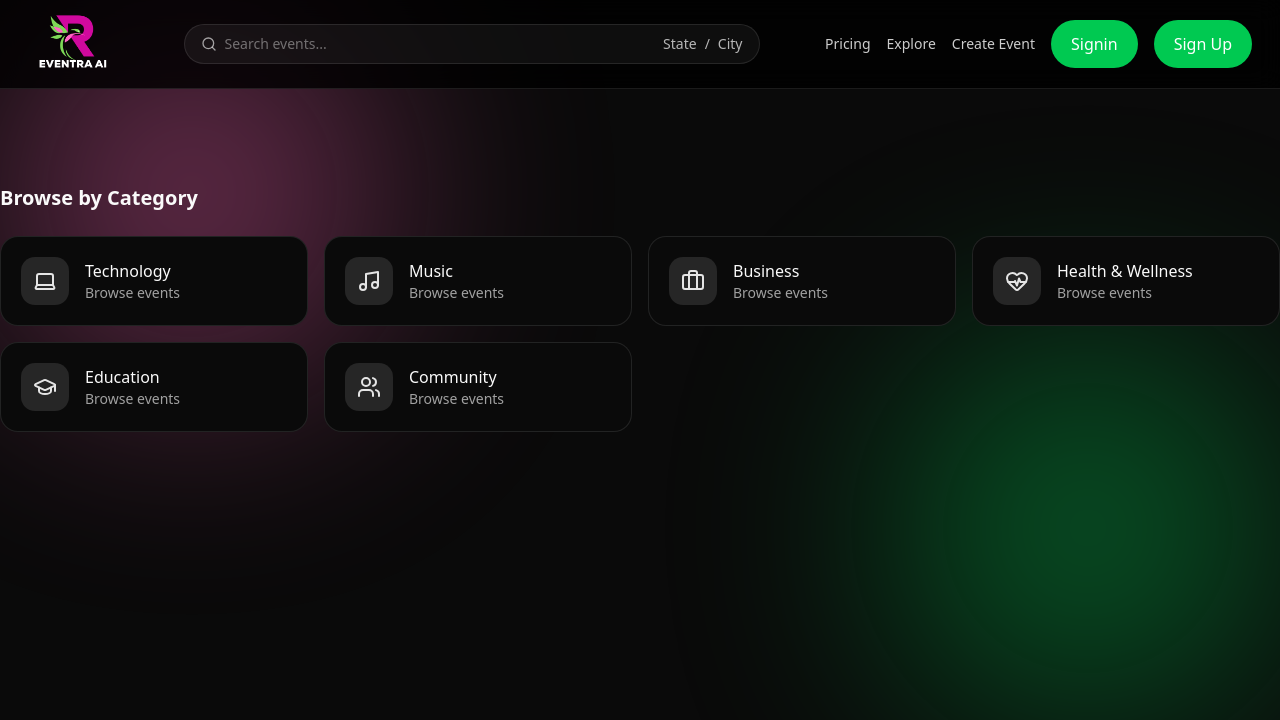
Repository: walaa-horani/AIEventNext.jsLinkedIn
Page: /explore
These files come from the project's save history. The page is drawn as it stood at one moment and after the next save; the edit follows.
The browser window is 1280 px wide. The pictures show the whole page.
The page's requests for data from a server got no answer. The project was rebuilt for these pictures with package versions that can differ from the ones it lists, and the page was loaded fresh each time. Some packages were replaced by stand-ins written for this rebuild. The framework's server and built-in components were replaced by stand-ins that run in the browser. No one was signed in, and anything a server would have sent is missing. Also part of the build but not shown: next.config.ts, components/ui/card.tsx, app/components/EventCard.tsx, app/components/FeaturedEvents.tsx, lib/location.ts, app/components/NearbyEvents.tsx, app/components/PopularEvents.tsx, app/components/FeaturedCarouesel.tsx. Imported but missing from the stored project, and not drawn on this page: components/ui/carousel.

Above is the page before, as saved 2025-12-16 21:59:36.

### app/layout.tsx
import type { Metadata } from "next";
import { Geist, Geist_Mono } from "next/font/google";
import "./globals.css";
import { ThemeProvider } from "./components/theme-provider";
import Header from "./components/Header";
import { ConvexClientProvider } from "./ConvexClientProvider";
import { ClerkProvider } from "@clerk/nextjs";
import { dark, neobrutalism } from "@clerk/themes";

const geistSans = Geist({
  variable: "--font-geist-sans",
  subsets: ["latin"],
});

const geistMono = Geist_Mono({
  variable: "--font-geist-mono",
  subsets: ["latin"],
});

export const metadata: Metadata = {
  title: "Create Next App",
  description: "Generated by create next app",
};

export default function RootLayout({
  children,
}: Readonly<{
  children: React.ReactNode;
}>) {
  return (
    <html lang="en">
      <body
        className={`${geistSans.variable} ${geistMono.variable} `}
      >

<ThemeProvider
  attribute="class"
  defaultTheme="dark"  // Change from "system" to "dark"
  enableSystem={false}  // Disable system preference
  disableTransitionOnChange
>
<ClerkProvider
 appearance={{
  theme: dark,

}}>
          <ConvexClientProvider>

          <Header/>

       <main className="relative min-h-screen container mx-auto pt-40">

        {children}
          <div className="fixed inset-0 -z-10 overflow-hidden pointer-events-none">
            {/* Blue glow */}
            <div className="absolute top-0 left-0 w-96 h-96 bg-pink-400 rounded-full blur-[120px] opacity-40"></div>
            {/* Green glow */}
            <div className="absolute bottom-0 right-0 w-96 h-96 bg-green-500 rounded-full blur-[120px] opacity-40"></div>
          </div>
        </main>

        </ConvexClientProvider>
        </ClerkProvider>
        </ThemeProvider>

      </body>
    </html>
  );
}

### app/explore/page.tsx
"use client"
import FeaturedEvents from '../components/FeaturedEvents'
import { NearbyEvents } from '../components/NearbyEvents'
import { PopularEvents } from '../components/PopularEvents'
import FeaturedCarouesel from '../components/FeaturedCarouesel'
import { useParams } from 'next/navigation'
import CategoriesEvent from '../components/CategoriesEvent'

function Explore() {
  return (
    <div>
      <FeaturedCarouesel/>

        <FeaturedEvents/>
        <NearbyEvents />
        <CategoriesEvent/>
        <PopularEvents/>
    </div>
  )
}

export default Explore

### app/components/Header.tsx
"use client";

import { Button } from "@/components/ui/button";
import { useStoreUserEffect } from "@/hooks/user-store";
import { SignedIn, SignedOut, SignInButton, SignUpButton, UserButton } from "@clerk/nextjs";
import { Calendar, DotIcon, Search, Ticket } from "lucide-react";
import Image from "next/image";
import Link from "next/link";
import { BarLoader } from "react-spinners";


export default function Header() {

    const {isLoading} = useStoreUserEffect()
      return (
    <header className="fixed top-0 inset-x-0 z-50 border-b p-3 border-white/10 bg-black/80 backdrop-blur-md">
      {isLoading && (
        <div className="absolute bottom-0 left-0 right-0 w-full">
          <BarLoader
            color="#22c55e"
            height={3}
            width={1000}
            loading={isLoading}
            cssOverride={{ width: '100%', display: 'block' }}
          />
        </div>
      )}
      <div className="mx-auto max-w-7xl px-4 h-16 flex items-center justify-between gap-4">

        {/* Logo */}
        <Link href="/" >
          <Image alt="image" width={90} height={90} src="/logo.png"/>

        </Link>

        {/* Search + Filters (desktop only) */}
        <div className="hidden md:flex flex-1 max-w-xl items-center gap-2 bg-white/5 border border-white/10 rounded-full px-4 h-10">
          <Search className="w-4 h-4 text-white/60" />

          <input
            placeholder="Search events..."
            className="bg-transparent flex-1 text-sm text-white placeholder:text-white/40 outline-none"
          />

          <div className="flex items-center gap-2 text-sm text-white/70">
            <button className="hover:text-white">State</button>
            <span>/</span>
            <button className="hover:text-white">City</button>
          </div>
        </div>

        {/* Right links */}
        <nav className="flex items-center gap-4 text-sm text-white/80">
          <Link href="/pricing" className="hidden sm:block hover:text-white">
            Pricing
          </Link>
          <Link href="/explore" className="hidden sm:block hover:text-white">
            Explore
          </Link>
          <Link href="/create-event" className="hidden sm:block hover:text-white">
            Create Event
          </Link>

          <SignedOut>
              <SignInButton  mode="modal">

              <Button className="bg-green-500 text-white rounded-full font-medium text-sm sm:text-base h-10 sm:h-12 px-4 sm:px-5 cursor-pointer">
                  Signin
                </Button>
              </SignInButton>
              <SignUpButton  mode="modal">
                <Button className="bg-green-500 text-white rounded-full font-medium text-sm sm:text-base h-10 sm:h-12 px-4 sm:px-5 cursor-pointer">
                  Sign Up
                </Button>
              </SignUpButton>
            </SignedOut>
            <SignedIn>
              <UserButton>
                <UserButton.MenuItems>
                  <UserButton.Link
                    label="My Events"
                    labelIcon={<Calendar />}
                    href="/my-events"
                  />
                </UserButton.MenuItems>

                <UserButton.MenuItems>
                  <UserButton.Link
                    label="My Tickets"
                    labelIcon={<Ticket />}
                    href="/my-tickets"
                  />
                </UserButton.MenuItems>
              </UserButton>
            </SignedIn>
        </nav>

      </div>
    </header>
  );
}

### app/ConvexClientProvider.tsx
"use client";

import { useAuth } from "@clerk/nextjs";
import { ConvexProvider, ConvexReactClient } from "convex/react";
import { ConvexProviderWithClerk } from "convex/react-clerk";
import { ReactNode } from "react";

const convex = new ConvexReactClient(process.env.NEXT_PUBLIC_CONVEX_URL!);

export function ConvexClientProvider({ children }: { children: ReactNode }) {
  return <ConvexProviderWithClerk   useAuth={useAuth}  client={convex}>{children}</ConvexProviderWithClerk>;
}

### app/components/CategoriesEvent.tsx
import { CATEGORIES } from '@/lib/data'
import { Icon } from 'lucide-react'
import Link from 'next/link'
import React from 'react'

function CategoriesEvent() {
  return (
    <section className='space-y-6'>

    <h2 className="text-xl font-semibold my-6">Browse by Category</h2>
    <div className='grid grid-cols-1 sm:grid-cols-2 lg:grid-cols-4 gap-4'>

        {CATEGORIES.map((category)=> {
             const Icon = category.icon
             return (
                <Link
                  key={category.id}
                  href={`/explore/${category.id}`}
                  className="group"
                >
                  <div className="flex items-center gap-4 rounded-2xl border bg-background p-5 hover:shadow-lg transition-all duration-300">

                    {/* Icon */}
                    <div className="flex h-12 w-12 items-center justify-center rounded-xl bg-muted group-hover:bg-primary/10 transition">
                      <Icon className="h-6 w-6 text-primary" />
                    </div>

                    {/* Text */}
                    <div className="flex-1">
                      <p className="font-medium">{category.label}</p>
                      <p className="text-sm text-muted-foreground">
                        Browse events
                      </p>
                    </div>
                  </div>
                </Link>
              )
            })}
    </div>
    </section>
  )
}

export default CategoriesEvent

### components/ui/button.tsx
import * as React from "react"
import { Slot } from "@radix-ui/react-slot"
import { cva, type VariantProps } from "class-variance-authority"

import { cn } from "@/lib/utils"

const buttonVariants = cva(
  "inline-flex items-center justify-center gap-2 whitespace-nowrap rounded-md text-sm font-medium transition-all disabled:pointer-events-none disabled:opacity-50 [&_svg]:pointer-events-none [&_svg:not([class*='size-'])]:size-4 shrink-0 [&_svg]:shrink-0 outline-none focus-visible:border-ring focus-visible:ring-ring/50 focus-visible:ring-[3px] aria-invalid:ring-destructive/20 dark:aria-invalid:ring-destructive/40 aria-invalid:border-destructive",
  {
    variants: {
      variant: {
        default: "bg-green-500 text-primary-foreground hover:bg-primary/90",
        destructive:
          "bg-destructive text-white hover:bg-destructive/90 focus-visible:ring-destructive/20 dark:focus-visible:ring-destructive/40 dark:bg-destructive/60",
        outline:
          "border bg-background shadow-xs hover:bg-accent hover:text-accent-foreground dark:bg-input/30 dark:border-input dark:hover:bg-input/50",
        secondary:
          "bg-secondary text-secondary-foreground hover:bg-secondary/80",
        ghost:
          "hover:bg-accent hover:text-accent-foreground dark:hover:bg-accent/50",
        link: "text-primary underline-offset-4 hover:underline",
      },
      size: {
        default: "h-9 px-4 py-2 has-[>svg]:px-3",
        sm: "h-8 rounded-md gap-1.5 px-3 has-[>svg]:px-2.5",
        lg: "h-10 rounded-md px-6 has-[>svg]:px-4",
        icon: "size-9",
        "icon-sm": "size-8",
        "icon-lg": "size-10",
      },
    },
    defaultVariants: {
      variant: "default",
      size: "default",
    },
  }
)

function Button({
  className,
  variant = "default",
  size = "default",
  asChild = false,
  ...props
}: React.ComponentProps<"button"> &
  VariantProps<typeof buttonVariants> & {
    asChild?: boolean
  }) {
  const Comp = asChild ? Slot : "button"

  return (
    <Comp
      data-slot="button"
      data-variant={variant}
      data-size={size}
      className={cn(buttonVariants({ variant, size, className }))}
      {...props}
    />
  )
}

export { Button, buttonVariants }

### hooks/user-store.ts
import { useUser } from "@clerk/clerk-react";
import { useConvexAuth } from "convex/react";
import { useEffect, useState } from "react";
import { useMutation } from "convex/react";
import { api } from "../convex/_generated/api";
import { Id } from "../convex/_generated/dataModel";

export function useStoreUserEffect() {

  const { isLoading, isAuthenticated } = useConvexAuth();
  const { user } = useUser();
  // When this state is set we know the server
  // has stored the user.
  const [userId, setUserId] = useState<Id<"users"> | null>(null);
  const storeUser = useMutation(api.users.store);
  // Call the `storeUser` mutation function to store
  // the current user in the `users` table and return the `Id` value.
  useEffect(() => {
    // If the user is not logged in don't do anything
    if (!isAuthenticated) {
      return;
    }
    // Store the user in the database.
    // Recall that `storeUser` gets the user information via the `auth`
    // object on the server. You don't need to pass anything manually here.
    async function createUser() {
      const id = await storeUser();
      setUserId(id);
    }
    createUser();
    return () => setUserId(null);
    // Make sure the effect reruns if the user logs in with
    // a different identity
  }, [isAuthenticated, storeUser, user?.id]);
  // Combine the local state with the state from context
  return {
    isLoading: isLoading || (isAuthenticated && userId === null),
    isAuthenticated: isAuthenticated && userId !== null,
  };
}

### lib/data.ts
import {
  Laptop,
  Music,
  Briefcase,
  HeartPulse,
  GraduationCap,
  Users,
} from "lucide-react"

export const CATEGORIES = [
  {
    id: "tech",
    label: "Technology",
    description: "Meetups, hackathons, and conferences focused on modern technology and software.",
    icon: Laptop,
  },
  {
    id: "music",
    label: "Music",
    description: "Live concerts, DJ events, festivals, and musical performances.",
    icon: Music,
  },
  {
    id: "business",
    label: "Business",
    description: "Networking events, conferences, and startup-related meetups.",
    icon: Briefcase,
  },
  {
    id: "health",
    label: "Health & Wellness",
    description: "Wellness activities, fitness sessions, and mindfulness events.",
    icon: HeartPulse,
  },
  {
    id: "education",
    label: "Education",
    description: "Workshops, talks, and learning-focused experiences.",
    icon: GraduationCap,
  },
  {
    id: "community",
    label: "Community",
    description: "Local gatherings, social events, and community-driven activities.",
    icon: Users,
  },
] as const

export type CategoryId = typeof CATEGORIES[number]["id"]

Loaded but not shown: app/globals.css (common file); app/components/theme-provider.tsx (common file); convex/_generated/api.js (common file); lib/utils.ts (common file)

After the next save:
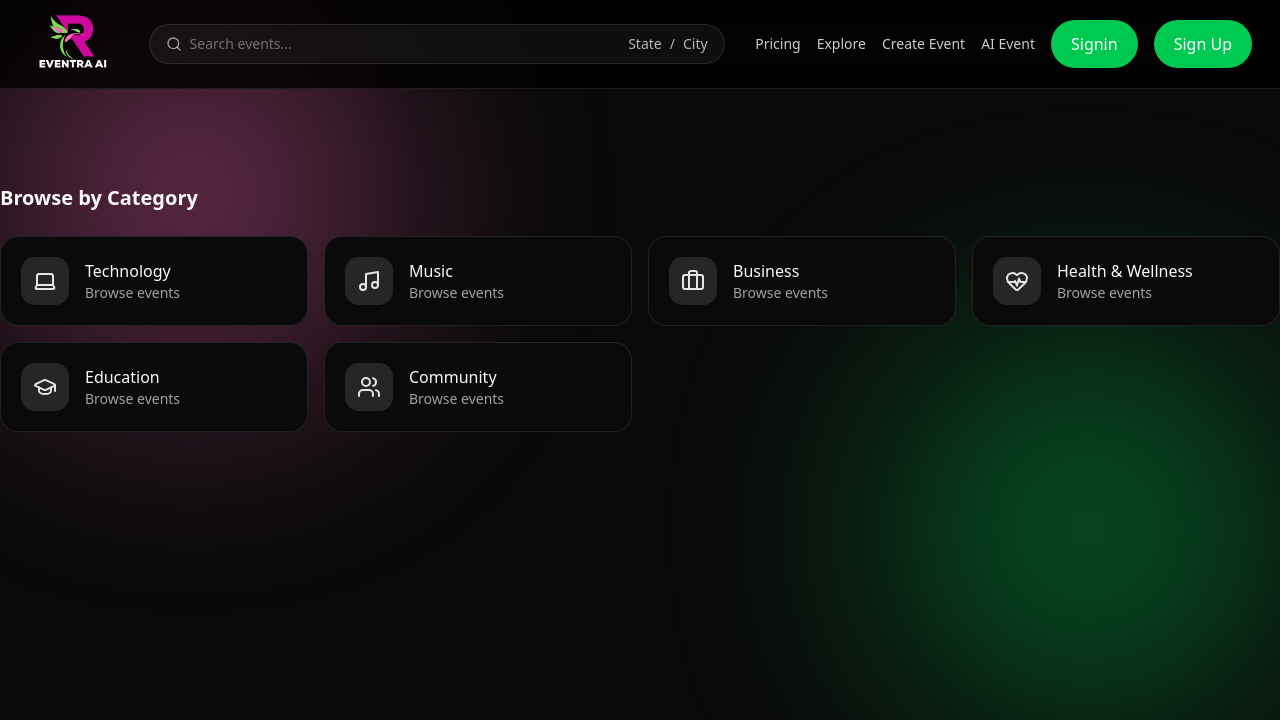
Saved 5 min 18 s later.
--- a/app/components/Header.tsx
+++ b/app/components/Header.tsx
@@ -60,6 +60,9 @@ export default function Header() {
           <Link href="/create-event" className="hidden sm:block hover:text-white">
             Create Event
           </Link>
+          <Link href="/generate-event" className="hidden sm:block hover:text-white">
+            AI Event
+          </Link>
 
           <SignedOut>
               <SignInButton  mode="modal">
